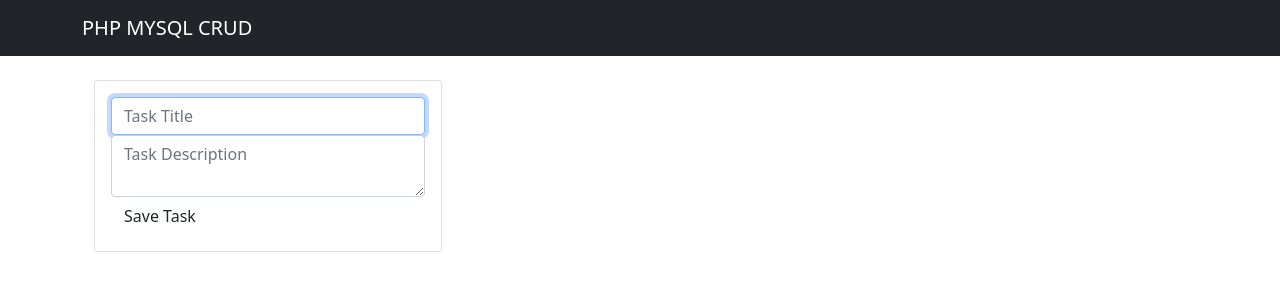
Repository: NickArregoces/Task_Crud
Page: http://localhost/
An editor plug-in stored every save of this project. The page is shown before and after the next save, followed by the edit.
The browser window is 1280 px wide. The pictures show the whole page.
Some web libraries are served in a nearby version. The page is run by PHP 8.4 with error messages shown; the project is at /var/www/html/.

Above is the page before, as saved 2022-03-18 15:39:47.

After the next save:
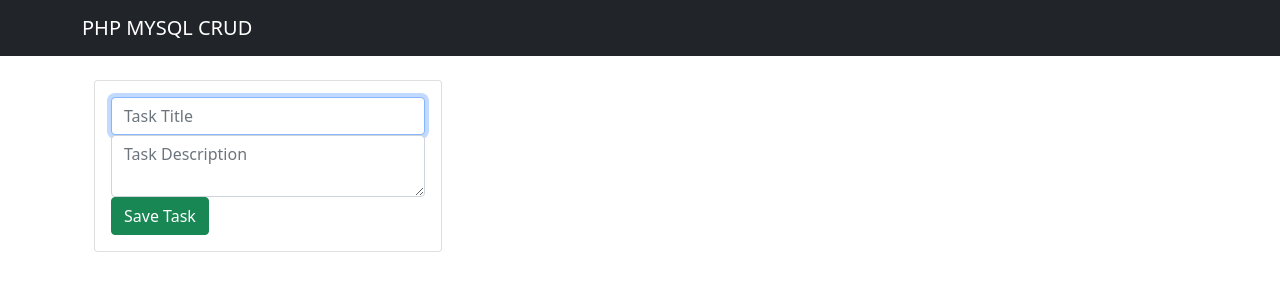
Saved 5 min 58 s later.
--- a/index.php
+++ b/index.php
@@ -13,7 +13,7 @@
                     <div class="form-group">
                         <textarea name="description"  rows="2" class ="form-control" placeholder="Task Description"></textarea>
                     </div>
-                    <input type="submit" class="btn btn-sucess btn-block" name ="save_task" value ="Save Task">
+                    <input type="submit" class="btn btn-success btn-block" name ="save_task" value="Save Task">
                 </form>
             </div>
         </div>
